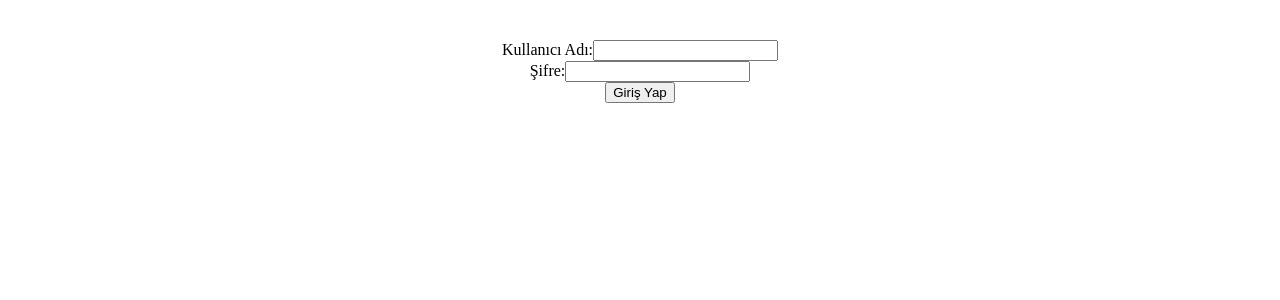
Repository: rumeyssaasya/TaskifyFrontendExample
Page: /auth/login
The author's editor kept a copy of each file at every save. The page is drawn from the files as they stood at one save, then again after a run of saves.
The browser window is 1280 px wide. The pictures show the whole page.
The project was rebuilt for these pictures with package versions that can differ from the ones it lists, and the page was loaded fresh each time. Also part of the build but not shown: vite.config.ts, src/pages/Register/register.tsx, src/component/Navbar/navbar.tsx, src/component/ProjectList/projectList.tsx, src/component/CreateProject/createProject.tsx, src/pages/Projects/projects.tsx, src/api/ProtectedRoute.tsx, src/component/TaskList/taskList.tsx and 2 more. Imported but missing from the stored project, and not drawn on this page: src/component/ProjectDetails/projectDetail.

Above is the page before, as saved 2025-07-26 01:47:00.

### index.html
<!doctype html>
<html lang="en">
  <head>
    <meta charset="UTF-8" />
    <link rel="icon" type="image/svg+xml" href="" />
    <meta name="viewport" content="width=device-width, initial-scale=1.0" />
    <title>Taskify</title>
  </head>
  <body>
    <div id="root"></div>
    <script type="module" src="/src/main.tsx"></script>
  </body>
</html>

### src/index.css
:root {}

body {}

### src/App.tsx
import './App.css'
import { BrowserRouter, Route, Routes } from 'react-router-dom';
import LoginForm from './pages/Login/login';
import RegisterForm from './pages/Register/register';
import Projects from './pages/Projects/projects';
import ProtectedRoute from './api/ProtectedRoute';
import Tasks from './pages/Tasks/tasks';

function App() {
  return (
    <BrowserRouter>
      <Routes>
        <Route path="/" element={<RegisterForm />} />
         <Route path="/auth/login" element={<LoginForm/>} />
        <Route element={<ProtectedRoute />}>
          <Route path="/projects" element={<Projects />} />
          <Route path="/tasks" element={<Tasks />} />
        </Route>
      </Routes>
    </BrowserRouter>
  )
}

export default App

### src/App.css
#root {
  max-width: 1280px;
  margin: 0 auto;
  padding: 2rem;
  text-align: center;
}


@keyframes logo-spin {
  from {
    transform: rotate(0deg);
  }

  to {
    transform: rotate(360deg);
  }
}

### src/pages/Login/login.tsx
import React, { useState } from "react";
import api from "../../api/axios";
import { useNavigate } from "react-router-dom";

const LoginForm = () => {
  const [username, setUsername] = useState("");
  const [password, setPassword] = useState("");
  const [error, setError] = useState<string | null>(null);
  const navigate = useNavigate();

  const handleSubmit = async (e: React.FormEvent<HTMLFormElement>) => {
    e.preventDefault();

    try {
      const response = await api.post("/auth/login", {
        username,
        password,
      });

      // Backend'den token'ı al
      const token = response.data.token;

      // Token'ı localStorage'a kaydet
      localStorage.setItem("token", token);
      console.log("Gelen Token:", token);
      // Başarılı giriş sonrası yönlendirme
      navigate("/projects");
    } catch (err) {
      setError("Kullanıcı adı veya şifre hatalı!");
    }
  };

  return (
    <form onSubmit={handleSubmit}>
      <div>
        <label>Kullanıcı Adı:</label>
        <input
          type="text"
          value={username}
          onChange={(e) => setUsername(e.target.value)}
          required
        />
      </div>

      <div>
        <label>Şifre:</label>
        <input
          type="password"
          value={password}
          onChange={(e) => setPassword(e.target.value)}
          required
        />
      </div>

      {error && <p style={{ color: "red" }}>{error}</p>}

      <button type="submit">Giriş Yap</button>
    </form>
  );
};

export default LoginForm;

### src/api/axios.ts
import axios from 'axios';

// 1. Axios instance oluşturuyoruz, böylece tüm isteklerde aynı baseURL kullanılır
const api = axios.create({
  baseURL: 'http://localhost:8080', // Backend adresin, kendi projenin URL'si
});

// 2. İstek gönderilmeden önce çalışacak interceptor ekliyoruz
api.interceptors.request.use(config => {
  // 3. localStorage'dan token'ı alıyoruz
  const token = localStorage.getItem('token');

  // 4. Eğer token varsa, istek header'ına ekliyoruz
  if (token!== null) {
    config.headers.Authorization = `Bearer ${token}`;
  }

  // 5. İsteği geri döndür, böylece axios devam edebilir
  return config;
}, error => {
  // 6. Hata varsa burada yakalayabiliriz
  return Promise.reject(error);
});

export default api;

Loaded but not shown: src/main.tsx (common file)

After the next 2 saves:
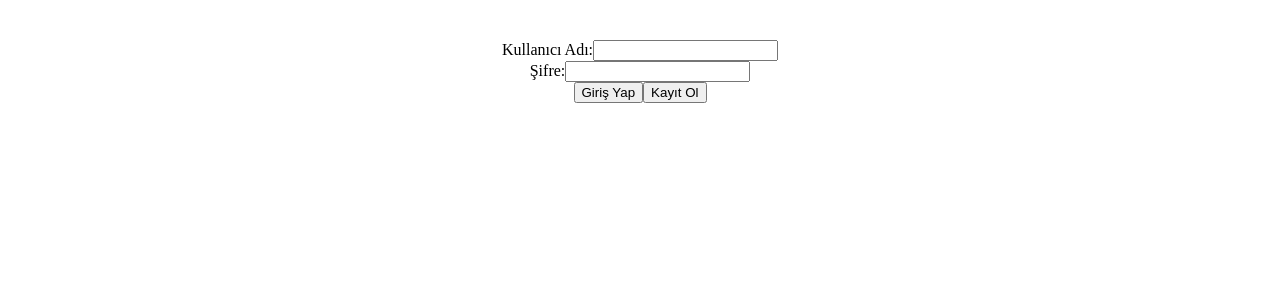
The 2 saves are shown as one change because 1 did not build or start.
The last was saved 118 s later.
--- a/src/pages/Login/login.tsx
+++ b/src/pages/Login/login.tsx
@@ -55,6 +55,7 @@ const LoginForm = () => {
       {error && <p style={{ color: "red" }}>{error}</p>}
 
       <button type="submit">Giriş Yap</button>
+      <button type="button" onClick={()=>navigate("/auth/register")}>Kayıt Ol</button>
     </form>
   );
 };
